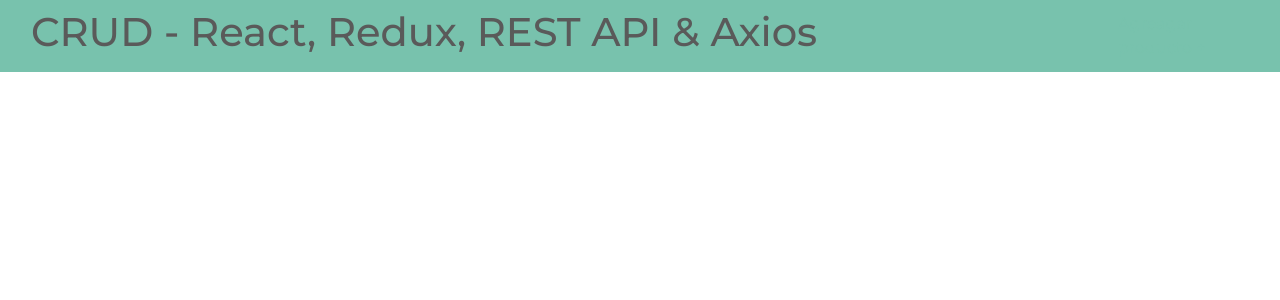
Repository: leonmezu1/reduxcrud
Page: /
The author's editor kept a copy of each file at every save. The page is drawn from the files as they stood at one save, then again after the next save.
The browser window is 1280 px wide. The pictures show the whole page.
The project was rebuilt for these pictures with package versions that can differ from the ones it lists, and the page was loaded fresh each time.

Above is the page before, as saved 2020-10-14 14:19:13.

After the next save:
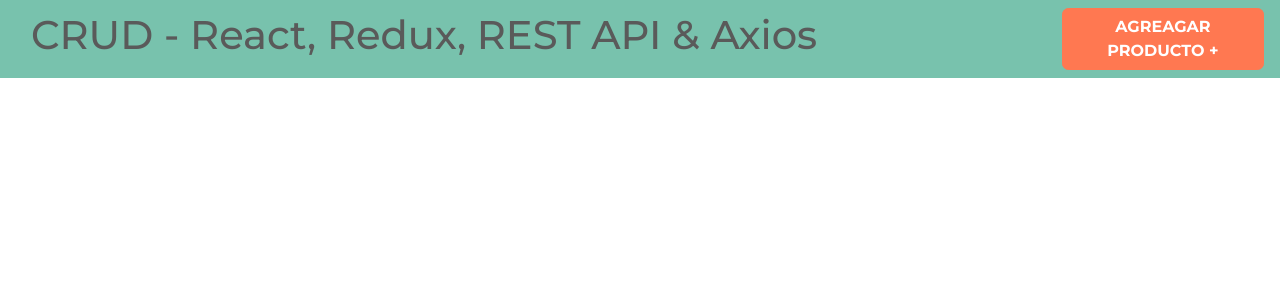
Saved 54 s later.
--- a/src/components/Header.js
+++ b/src/components/Header.js
@@ -6,7 +6,12 @@
       <div className="container">
         <h1>CRUD - React, Redux, REST API & Axios</h1>
       </div>
-      <a href="/productos/nuevo">Agreagar producto &#43;</a>
+      <a
+        className="btn btn-danger nuevo-post d-block d-md-inline-block"
+        href="/productos/nuevo"
+      >
+        Agreagar producto &#43;
+      </a>
     </nav>
   );
 };
